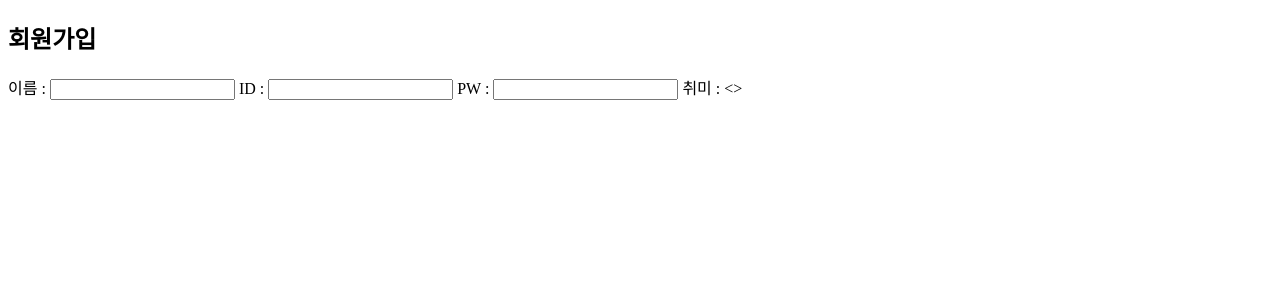
Repository: xxihyun0830/JSP
Page: http://localhost/Day3_getpost/join.jsp
These files come from the project's save history. The page is drawn as it stood at one moment and after the next save; the edit follows.
The browser window is 1280 px wide. The pictures show the whole page.
The page is served by Tomcat 9. Other server files are loaded and not shown.

Above is the page before, as saved 2019-07-11 04:21:30.

### Day3_getpost/WebContent/join.jsp
<%@ page language="java" contentType="text/html; charset=utf-8"
    pageEncoding="utf-8"%>
<!DOCTYPE html>
<html>
<head>
<meta charset="utf-8">
<title>가입창</title>
</head>
<body>
<h2>회원가입</h2>
<tr>
<form action = "JoinOK.java" method = "get">
이름 : <input type = "text" name = "name" >
ID : <input type = "text" name = "id">
PW : <input type = "password" name = "pw">
취미 : <>

</form>

</body>
</html>

After the next save:
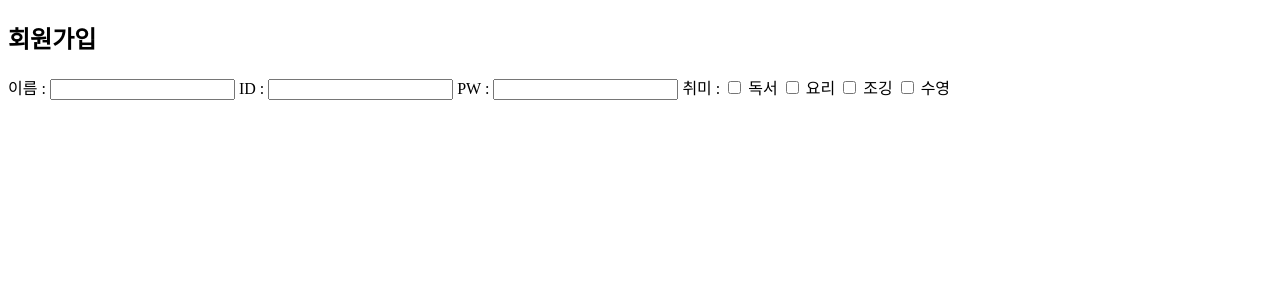
Saved 69 s later.
--- a/Day3_getpost/WebContent/join.jsp
+++ b/Day3_getpost/WebContent/join.jsp
@@ -4,7 +4,7 @@
 <html>
 <head>
 <meta charset="utf-8">
-<title>가입창</title>
+<title>가입창_내가 하는 실습</title>
 </head>
 <body>
 <h2>회원가입</h2>
@@ -13,7 +13,10 @@
 이름 : <input type = "text" name = "name" >
 ID : <input type = "text" name = "id">
 PW : <input type = "password" name = "pw">
-취미 : <>
+취미 : <input type = "checkbox" name = "hobby"> 독서
+      <input type = "checkbox" name = "hobby"> 요리
+      <input type = "checkbox" name = "hobby"> 조깅
+      <input type = "checkbox" name = "hobby"> 수영
 
 </form>
 
